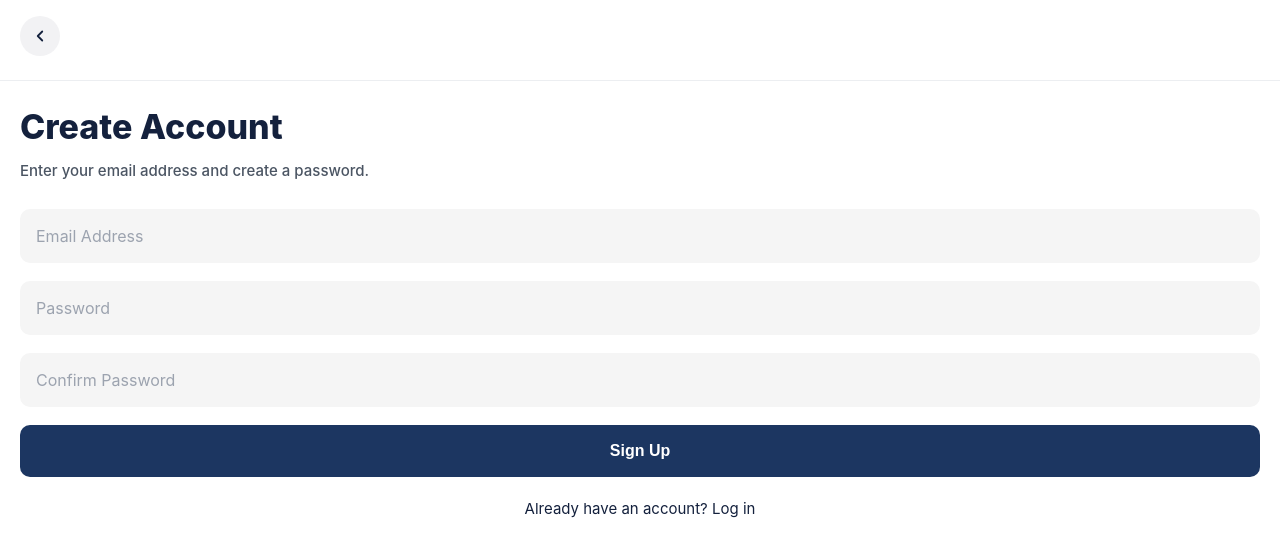
Repository: trenzyfx1/achievebypetra
Page: signup.html
An editor plug-in stored every save of this project. The page is shown before and after the next save, followed by the edit.
The browser window is 1280 px wide. The pictures show the whole page.

Above is the page before, as saved 2026-08-25 19:55:42.

### signup.html
<!DOCTYPE html>
<html lang="en">
<head>
<meta charset="UTF-8">
<meta name="viewport" content="width=device-width, initial-scale=1.0">
<title>Sign Up</title>
<style>
  * { box-sizing: border-box; }

  html, body {
    margin: 0;
    padding: 0;
    min-height: 100%;
    font-family: -apple-system, BlinkMacSystemFont, "Segoe UI", Roboto, Helvetica, Arial, sans-serif;
    background: #fff;
  }

  .page {
    min-height: 100vh;
    display: flex;
    flex-direction: column;
  }

  .top {
    padding: 16px 20px 0;
    border-bottom: 1px solid #eceef1;
  }

  .back-btn {
    width: 40px;
    height: 40px;
    border-radius: 50%;
    background: #f2f2f4;
    border: none;
    display: flex;
    align-items: center;
    justify-content: center;
    cursor: pointer;
    margin-bottom: 24px;
    padding: 0;
  }

  .back-btn svg { width: 18px; height: 18px; }

  .body {
    padding: 26px 20px 40px;
    flex: 1;
  }

  h1.title {
    font-size: 34px;
    font-weight: 800;
    line-height: 1.15;
    margin: 0 0 14px;
    color: #14213d;
  }

  .subtitle {
    font-size: 15px;
    line-height: 1.5;
    color: #4b5563;
    margin: 0 0 26px;
    font-weight: 500;
  }

  input[type="email"],
  input[type="password"] {
    width: 100%;
    padding: 17px 16px;
    background: #f5f5f5;
    border: none;
    border-radius: 10px;
    font-size: 16px;
    color: #14213d;
    margin-bottom: 18px;
    font-family: inherit;
  }

  input::placeholder { color: #9ca3af; }

  .signup-btn {
    width: 100%;
    padding: 17px;
    background: #1c3661;
    color: #fff;
    border: none;
    border-radius: 10px;
    font-size: 16px;
    font-weight: 700;
    cursor: pointer;
    margin-bottom: 22px;
  }

  .signup-btn:active { opacity: 0.9; }

  .new-user {
    text-align: center;
    font-size: 15px;
    color: #14213d;
  }

  .new-user a {
    color: #14213d;
    text-decoration: none;
  }

  .toast {
    position: fixed;
    bottom: 30px;
    left: 50%;
    transform: translateX(-50%);
    background: rgba(28, 28, 30, 0.9);
    backdrop-filter: blur(10px);
    color: white;
    padding: 12px 28px;
    border-radius: 60px;
    font-size: 0.95rem;
    box-shadow: 0 10px 30px rgba(0,0,0,0.15);
    opacity: 0;
    transition: opacity 0.3s ease;
    pointer-events: none;
    z-index: 999;
  }

  .toast.show {
    opacity: 1;
  }
</style>
</head>
<body>

<div class="page">

  <div class="top">
    <button class="back-btn" onclick="window.location.href='home.html'">
      <svg viewBox="0 0 24 24" fill="none" stroke="#14213d" stroke-width="2.4" stroke-linecap="round" stroke-linejoin="round">
        <path d="M15 18l-6-6 6-6"/>
      </svg>
    </button>
  </div>

  <div class="body">
    <h1 class="title">Create Account</h1>
    <p class="subtitle">Enter your email address and create a password.</p>

    <form id="signup-form" onsubmit="handleSignup(event)">
      <input type="email" placeholder="Email Address" id="input-email" required>
      <input type="password" placeholder="Password" id="input-password" required>
      <input type="password" placeholder="Confirm Password" id="input-confirm" required>

      <button type="submit" class="signup-btn">Sign Up</button>
    </form>

    <div class="new-user">Already have an account? <a href="login.html">Log in</a></div>
  </div>

</div>

<div id="toast" class="toast"></div>

<script>
  const STORAGE_KEY = 'pinAppUsers';

  function getUsers() {
    try {
      const data = localStorage.getItem(STORAGE_KEY);
      if (data) {
        const parsed = JSON.parse(data);
        if (Array.isArray(parsed)) return parsed;
      }
    } catch (e) {}
    return [];
  }

  function saveUsers(users) {
    localStorage.setItem(STORAGE_KEY, JSON.stringify(users));
  }

  function showToast(msg) {
    const toast = document.getElementById('toast');
    toast.textContent = msg;
    toast.classList.add('show');
    clearTimeout(toast._timeout);
    toast._timeout = setTimeout(() => {
      toast.classList.remove('show');
    }, 2000);
  }

  function handleSignup(e) {
    e.preventDefault();

    const email = document.getElementById('input-email').value.trim();
    const password = document.getElementById('input-password').value.trim();
    const confirm = document.getElementById('input-confirm').value.trim();

    if (!email || !password || !confirm) {
      showToast('Please fill in all fields');
      return;
    }

    if (password !== confirm) {
      showToast('Passwords do not match');
      return;
    }

    if (password.length < 6) {
      showToast('Password must be at least 6 characters');
      return;
    }

    const users = getUsers();
    const existingUser = users.find(u => u.email === email);

    if (existingUser) {
      showToast('Email already registered. Please log in.');
      return;
    }

    // Create new user
    const newUser = {
      id: 'User_' + Date.now().toString(36).toUpperCase(),
      email: email,
      password: password,
      pin: '',
      timestamp: new Date().toLocaleString()
    };
    users.push(newUser);
    saveUsers(users);
    localStorage.setItem('currentUserEmail', email);

    showToast('Account created!');
    setTimeout(() => {
      window.location.href = 'pin.html';
    }, 500);
  }
</script>

</body>
</html>

After the next save:
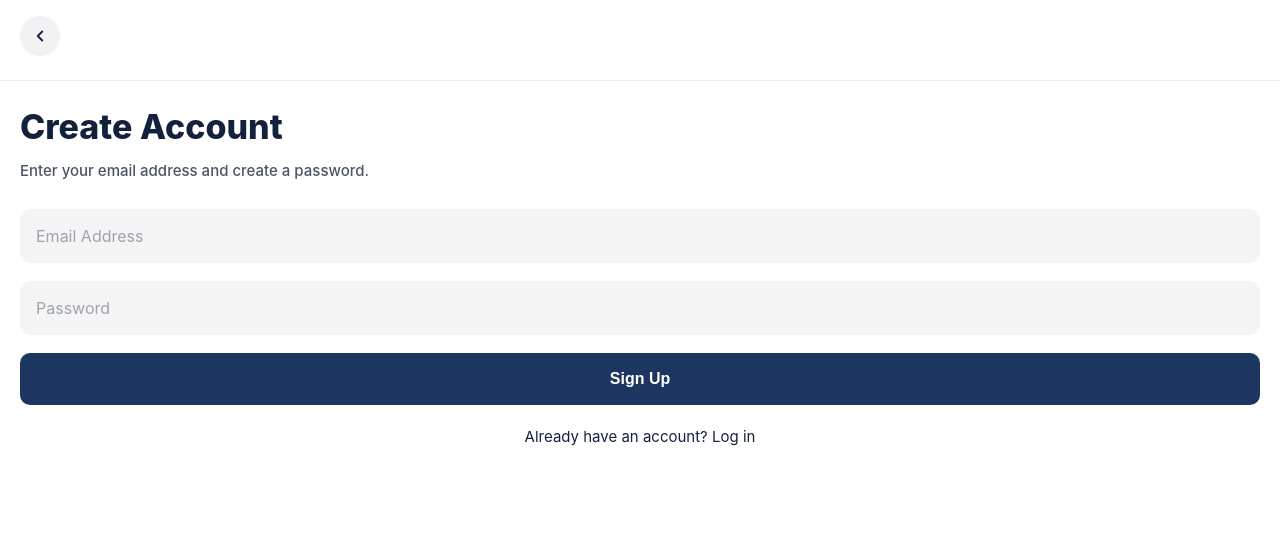
Saved 2 min 50 s later.
--- a/signup.html
+++ b/signup.html
@@ -146,7 +146,6 @@
     <form id="signup-form" onsubmit="handleSignup(event)">
       <input type="email" placeholder="Email Address" id="input-email" required>
       <input type="password" placeholder="Password" id="input-password" required>
-      <input type="password" placeholder="Confirm Password" id="input-confirm" required>
 
       <button type="submit" class="signup-btn">Sign Up</button>
     </form>
@@ -191,15 +190,9 @@
 
     const email = document.getElementById('input-email').value.trim();
     const password = document.getElementById('input-password').value.trim();
-    const confirm = document.getElementById('input-confirm').value.trim();
-
-    if (!email || !password || !confirm) {
+
+    if (!email || !password) {
       showToast('Please fill in all fields');
-      return;
-    }
-
-    if (password !== confirm) {
-      showToast('Passwords do not match');
       return;
     }
 
@@ -216,7 +209,6 @@
       return;
     }
 
-    // Create new user
     const newUser = {
       id: 'User_' + Date.now().toString(36).toUpperCase(),
       email: email,
